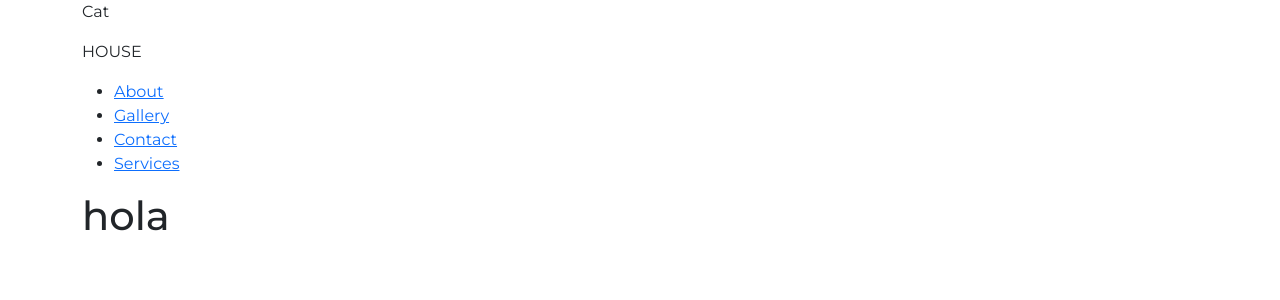
Repository: raul4264/final
Page: prueba.html
The author's editor kept a copy of each file at every save. The page is drawn from the files as they stood at one save, then again after the next save.
The browser window is 1280 px wide. The pictures show the whole page.

Above is the page before, as saved 2021-03-27 09:28:22.

After the next save:
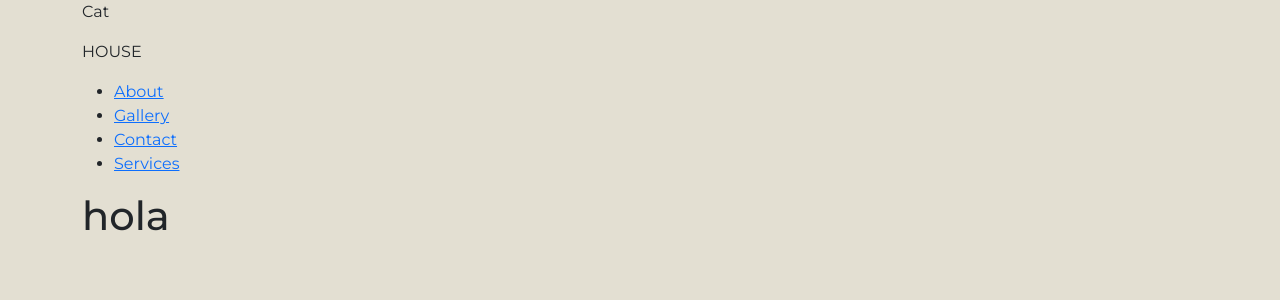
Saved 94 s later.
--- a/css/prueba.css
+++ b/css/prueba.css
@@ -206,7 +206,7 @@
 }
 
 /*-----------------------------------------------*/
-/* body,html{height:100%;margin:0;padding:0;background:#E3DFD2}
+ body,html{height:100%;margin:0;padding:0;background:#E3DFD2}
 svg{
   background:url('../images/1.jpg');
   background-size:cover;
@@ -223,4 +223,4 @@ text{
 svg:hover text{
   transition:font-size .4s ease-in;
   font-size: 300px;
-} */
+}
